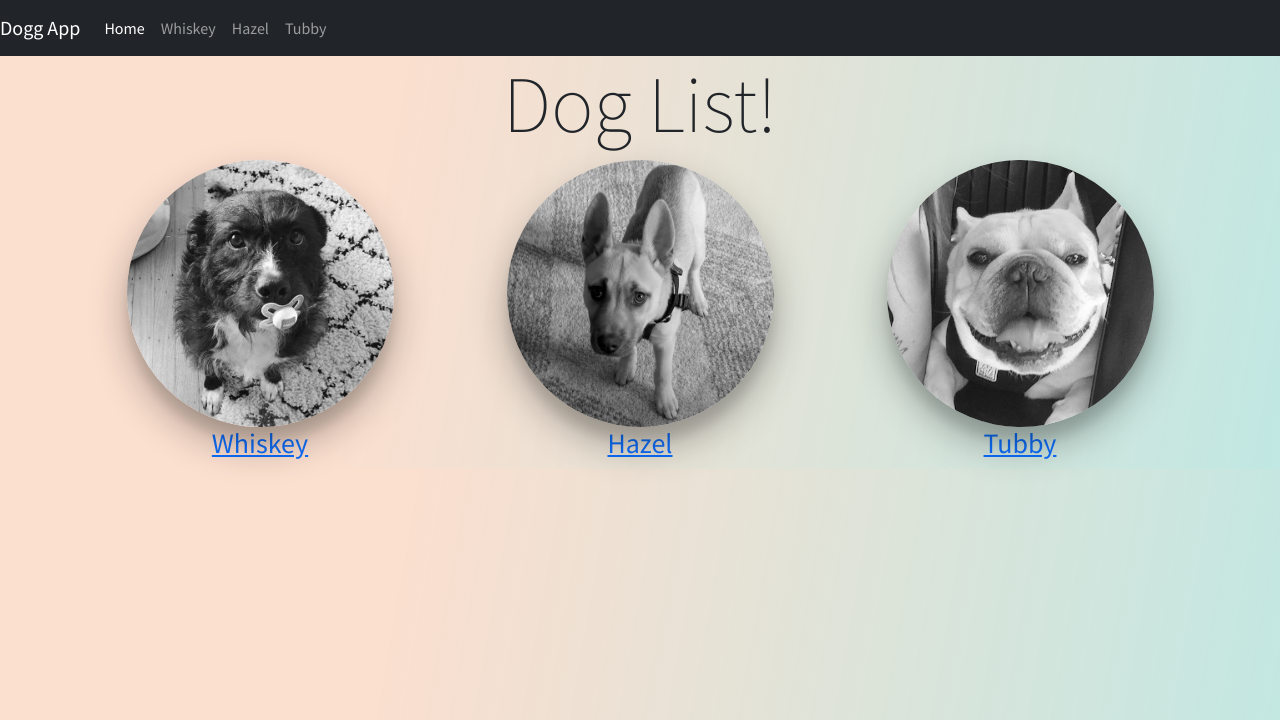
Repository: zhapar/dogs
Page: /dogs
The author's editor kept a copy of each file at every save. The page is drawn from the files as they stood at one save, then again after the next save.
The browser window is 1280 px wide. The pictures show the whole page.
The project was rebuilt for these pictures with package versions that can differ from the ones it lists, and the page was loaded fresh each time. A package was used in the major version that the imports need, not the one package.json lists. Also part of the build but not shown: src/DogDetails.js, src/App.css.

Above is the page before, as saved 2020-09-06 13:06:35.

### src/index.js
import React from "react";
import ReactDOM from "react-dom";
import "bootstrap";
import "bootstrap/dist/css/bootstrap.min.css";
import { BrowserRouter } from "react-router-dom";
import "./index.css";
import App from "./App";
import * as serviceWorker from "./serviceWorker";

ReactDOM.render(
  <React.StrictMode>
    <BrowserRouter>
      <App />
    </BrowserRouter>
  </React.StrictMode>,
  document.getElementById("root")
);

// If you want your app to work offline and load faster, you can change
// unregister() to register() below. Note this comes with some pitfalls.
// Learn more about service workers: https://bit.ly/CRA-PWA
serviceWorker.unregister();

### src/index.css
@import url('https://fonts.googleapis.com/css2?family=Source+Sans+Pro:wght@200;400&display=swap');

body {
  margin: 0;
  font-family: 'Source Sans Pro', sans-serif;
  -webkit-font-smoothing: antialiased;
  -moz-osx-font-smoothing: grayscale;
  background: linear-gradient(100deg,
      rgba(250, 215, 195, 0.8) 30%,
      #b0eae8 120%);
}

code {
  font-family: source-code-pro, Menlo, Monaco, Consolas, 'Courier New',
    monospace;
}

### src/App.js
import React, { Component } from "react";
import Navbar from "./Navbar";
import Routes from "./Routes";
import whiskey from "./images/whiskey.jpg";
import hazel from "./images/hazel.jpg";
import tubby from "./images/tubby.jpg";
import "./App.css";

class App extends Component {
  static defaultProps = {
    dogs: [
      {
        name: "Whiskey",
        age: 5,
        src: whiskey,
        facts: [
          "Whiskey loves eating popcorn.",
          "Whiskey is a terrible guard dog.",
          "Whiskey wants to cuddle with you!",
        ],
      },
      {
        name: "Hazel",
        age: 3,
        src: hazel,
        facts: [
          "Hazel has soooo much energy!",
          "Hazel is highly intelligent.",
          "Hazel loves people more than dogs.",
        ],
      },
      {
        name: "Tubby",
        age: 4,
        src: tubby,
        facts: [
          "Tubby is not the brightest dog",
          "Tubby does not like walks or exercise.",
          "Tubby loves eating food.",
        ],
      },
    ],
  };
  render() {
    return (
      <div>
        <Navbar dogs={this.props.dogs} />
        <div className="container">
          <Routes dogs={this.props.dogs} />
        </div>
      </div>
    );
  }
}

export default App;

### src/Navbar.js
import React, { Component } from "react";
import { NavLink, Link } from "react-router-dom";

class Navbar extends Component {
  render() {
    const dogLinks = this.props.dogs.map((dog) => (
      <li className="navbar-item" key={dog.name}>
        <NavLink exact to={`/dogs/${dog.name}`} className="nav-link">
          {dog.name}
        </NavLink>
      </li>
    ));
    return (
      <nav className="navbar navbar-expand-lg navbar-dark bg-dark">
        <Link to="/dogs" className="navbar-brand">
          Dogg App
        </Link>
        <button
          className="navbar-toggler"
          type="button"
          data-toggle="collapse"
          data-target="#navbarNav"
          aria-expanded="false"
          aria-label="Toggle navigation"
        >
          <span className="navbar-toggler-icon"></span>
        </button>
        <div className="collapse navbar-collapse" id="navbarNav">
          <ul className="navbar-nav">
            <li className="navbar-item">
              <NavLink exact to="/dogs" className="nav-link">
                Home
              </NavLink>
            </li>
            {dogLinks}
          </ul>
        </div>
      </nav>
    );
  }
}

export default Navbar;

### src/Routes.js
import React, { Component } from "react";
import { Switch, Route, Redirect } from "react-router-dom";
import DogList from "./DogList";
import DogDetails from "./DogDetails";

class Routes extends Component {
  render() {
    const getDog = (props) => {
      const name = props.match.params.name;
      const currentDog = this.props.dogs.find(
        (dog) => dog.name.toLowerCase() === name.toLowerCase()
      );
      return <DogDetails {...props} dog={currentDog} />;
    };
    return (
      <Switch>
        <Route
          exact
          path="/dogs"
          render={() => <DogList dogs={this.props.dogs} />}
        />
        <Route exact path="/dogs/:name" render={getDog} />
        <Redirect to="/dogs" />
      </Switch>
    );
  }
}

export default Routes;

### src/DogList.js
import React, { Component } from "react";
import { Link } from "react-router-dom";
import "./DogList.css";

class DogList extends Component {
  render() {
    return (
      <div className="DogList">
        <h1 className="display-1 text-center">Dog List!</h1>
        <div className="row">
          {this.props.dogs.map((d) => (
            <div className="Dog col-md-6 col-lg-4 text-center" key={d.name}>
              <img src={d.src} alt={d.name} />
              <h3>
                <Link className="underline" to={`/dogs/${d.name}`}>
                  {d.name}
                </Link>
              </h3>
            </div>
          ))}
        </div>
      </div>
    );
  }
}

export default DogList;

### src/DogList.css
.Dog img {
  width: 75%;
  border-radius: 50%;
  filter: grayscale();
  box-shadow: 0 19px 38px rgba(0, 0, 0, 0.3), 0 15px 12px rgba(0, 0, 0, 0.1);
}

.Dog:hover img {
  filter: none;
  border: 4px solid transparent;
  display: inline-block;
  vertical-align: top;
  line-height: 36px;
  text-transform: uppercase;
  color: #000000;
  letter-spacing: 0.2em;
  text-align: center;
  font-size: 1.4rem;
  margin: 10px;
  position: relative;
}

Loaded but not shown: public/index.html (common file); src/serviceWorker.js (common file)

After the next save:
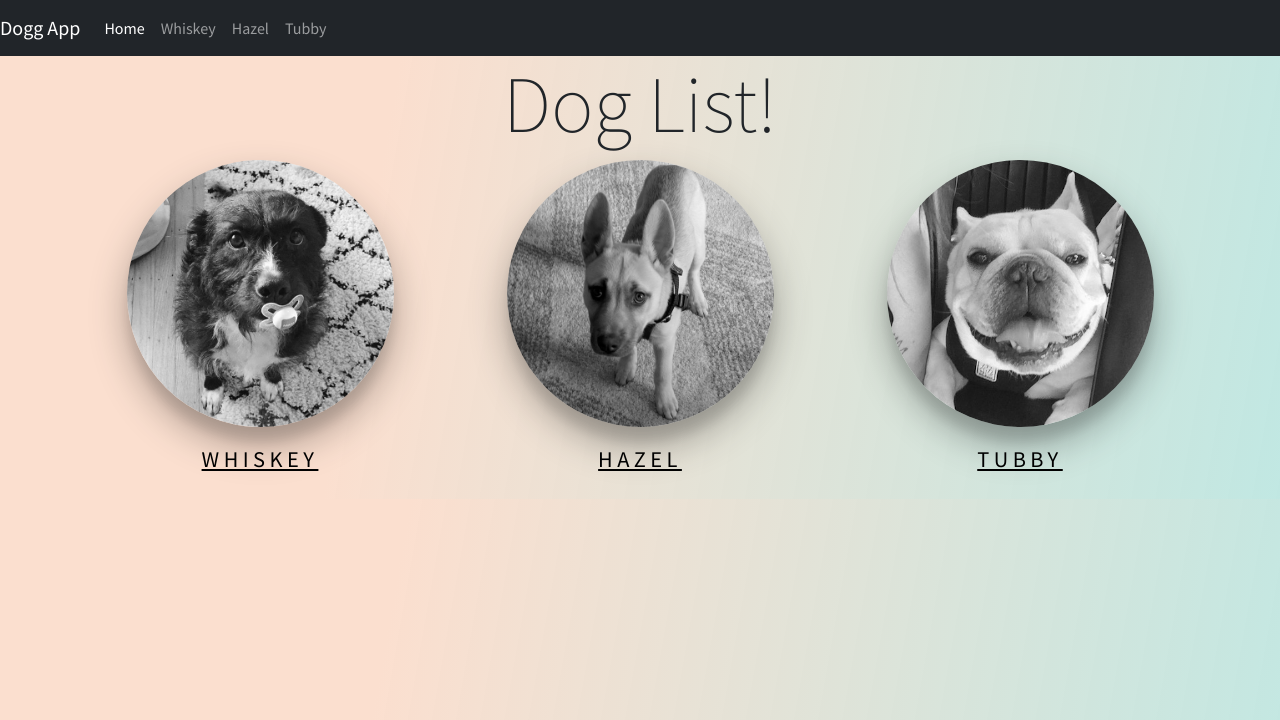
Saved 50 s later.
--- a/src/DogList.css
+++ b/src/DogList.css
@@ -7,6 +7,9 @@
 
 .Dog:hover img {
   filter: none;
+}
+
+.Dog .underline {
   border: 4px solid transparent;
   display: inline-block;
   vertical-align: top;
